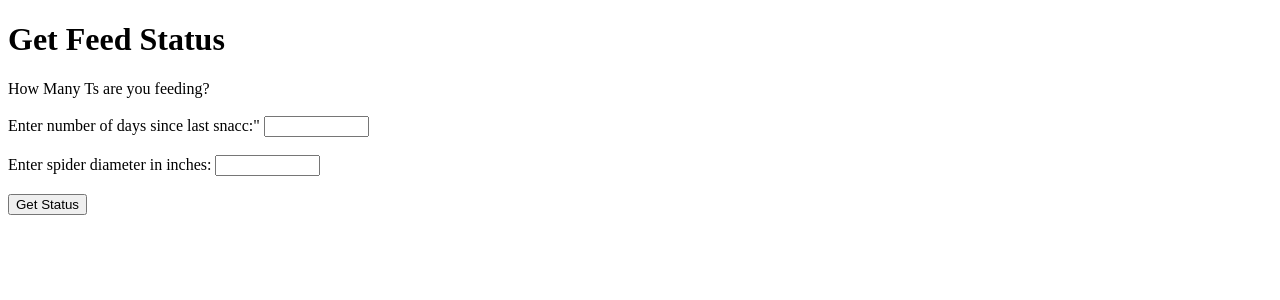
Repository: champloo2/JSPServeletCIS175
Page: http://localhost/TFeeder/status.jsp
The author's editor kept a copy of each file at every save. The page is drawn from the files as they stood at one save, then again after the next save.
The browser window is 1280 px wide. The pictures show the whole page.
The page is served by Tomcat 9. Other server files are loaded and not shown.

Above is the page before, as saved 2020-02-12 00:42:35.

### TFeeder/WebContent/status.jsp
<%@ page language="java" contentType="text/html; charset=ISO-8859-1"
    pageEncoding="ISO-8859-1"%>
<!DOCTYPE html>
<html>

<head>
<meta charset="ISO-8859-1">
<title>Feed Status</title>
</head>
<body>
<h1>Get Feed Status</h1>
<form action="getCentsServlet" method="post">
How Many Ts are you feeding? <br /><br />
Enter number of days since last snacc:"
<input type="text" name="daysSinceSnacc" size="10"><br /><br />
Enter spider diameter in inches:
<input type="text" name="numOfJuvis" size="10"><br /><br />
<input type="submit" value="Get Status" />
</form>
</body>
</html>

After the next save:
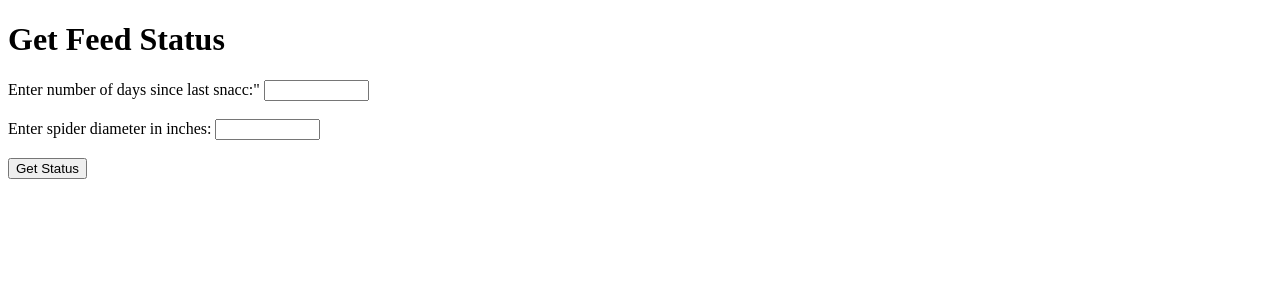
Saved 57 s later.
--- a/TFeeder/WebContent/status.jsp
+++ b/TFeeder/WebContent/status.jsp
@@ -10,7 +10,6 @@
 <body>
 <h1>Get Feed Status</h1>
 <form action="getCentsServlet" method="post">
-How Many Ts are you feeding? <br /><br />
 Enter number of days since last snacc:"
 <input type="text" name="daysSinceSnacc" size="10"><br /><br />
 Enter spider diameter in inches:
